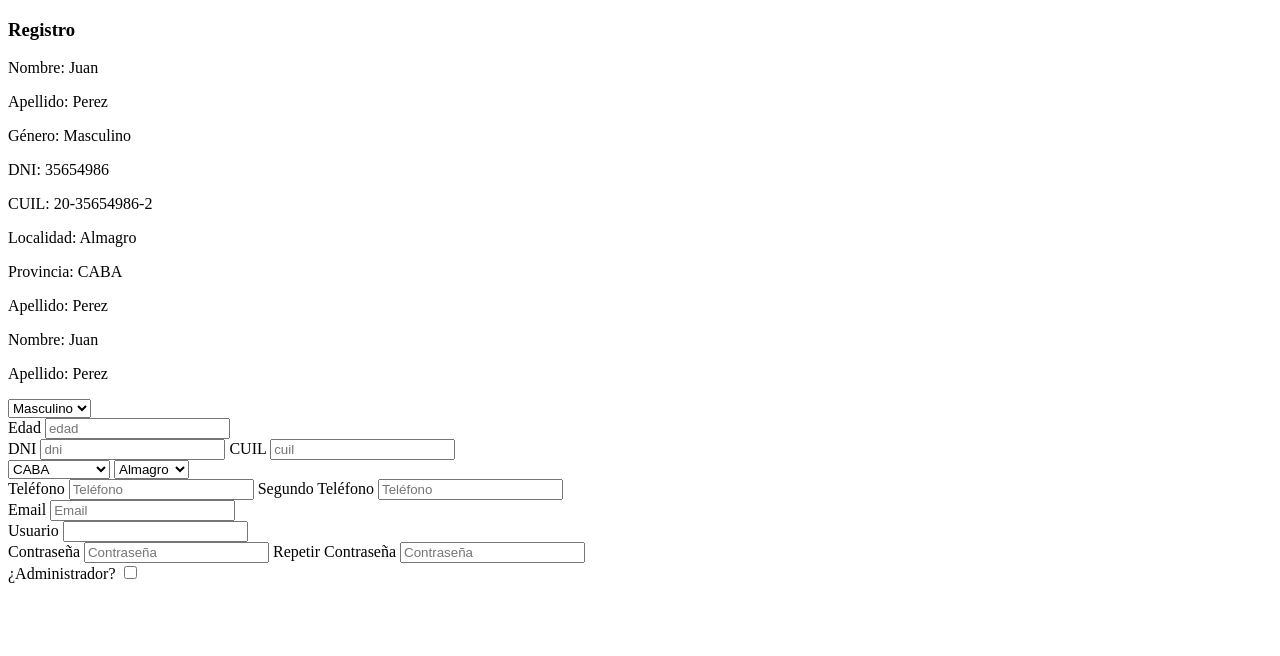
Repository: oskiman18/TP-Final
Page: http://localhost/Tp_integrador_grupo_2/registro.jsp
An editor plug-in stored every save of this project. The page is shown before and after the next save, followed by the edit.
The browser window is 1280 px wide. The pictures show the whole page.
The page is served by Tomcat 9.

Above is the page before, as saved 2021-06-24 21:58:08.

After the next save:
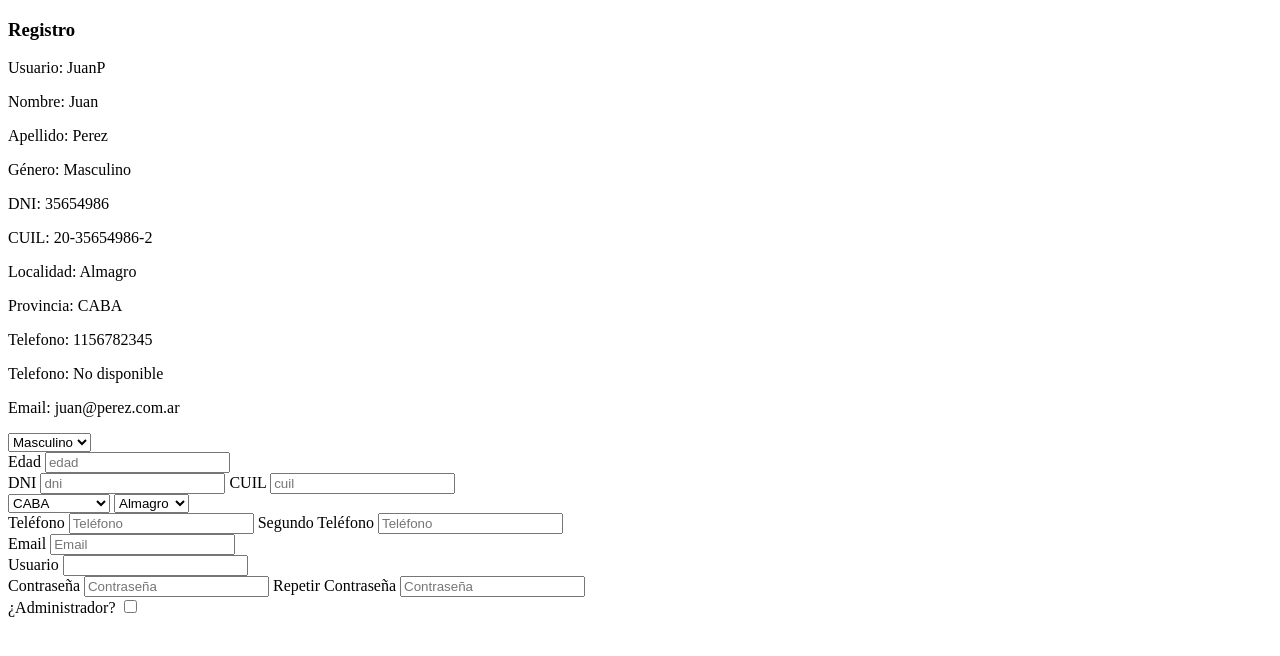
Saved 92 s later.
--- a/Tp_integrador_grupo_2/src/main/webapp/registro.jsp
+++ b/Tp_integrador_grupo_2/src/main/webapp/registro.jsp
@@ -9,6 +9,7 @@
 
 	<body>
 	<h3> Registro </h3>
+			<p>Usuario: JuanP</p>
 			<p>Nombre: Juan</p>
 			<p>Apellido: Perez</p>
 			<p>Género: Masculino</p>
@@ -16,9 +17,9 @@
 			<p>CUIL: 20-35654986-2</p>
 			<p>Localidad: Almagro</p>
 			<p>Provincia: CABA</p>
-			<p>Apellido: Perez</p>
-			<p>Nombre: Juan</p>
-			<p>Apellido: Perez</p>
+			<p>Telefono: 1156782345</p>
+			<p>Telefono: No disponible</p>
+			<p>Email: juan@perez.com.ar</p>
 			<div>
 
 			</div>
